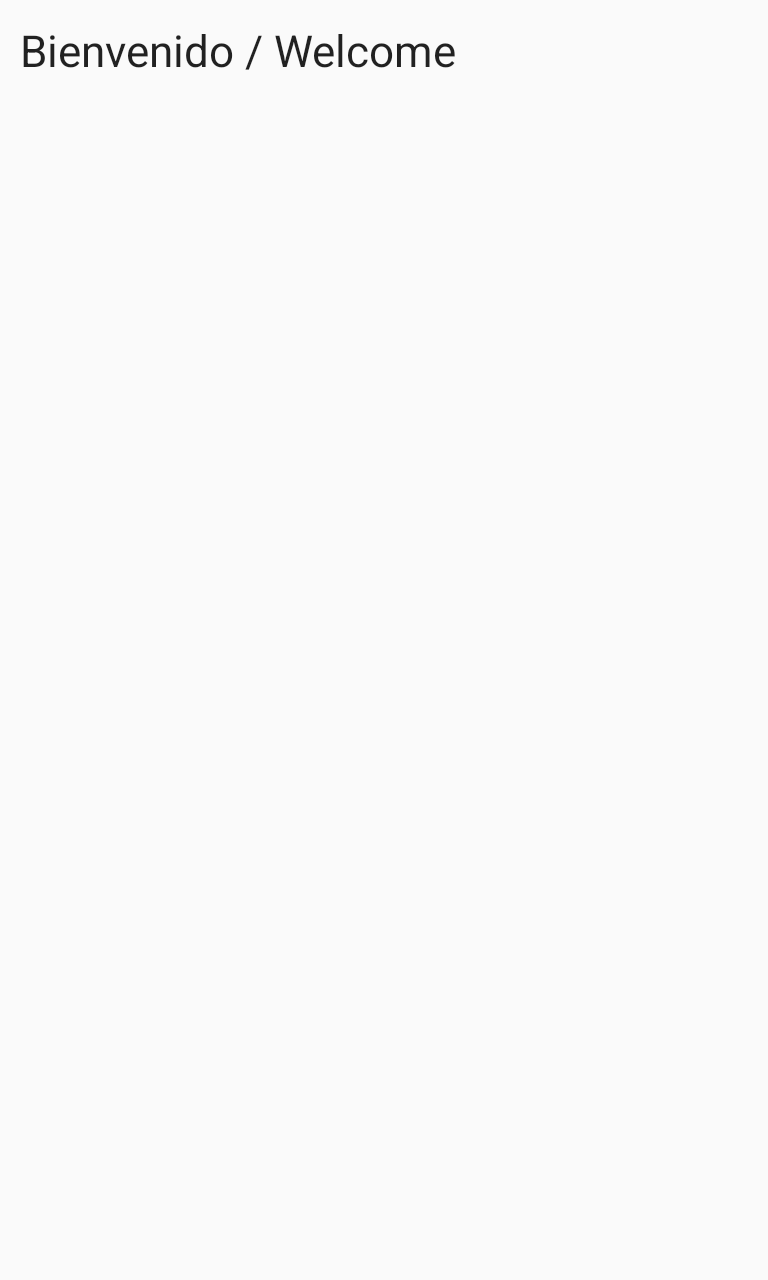
Repository: arodriguezp2003/aqandroid
Layout: Prueba/res/layout/alerta_exitosa.xml
An editor plug-in stored every save of this project. The layout is shown before and after the next save, followed by the edit.
It is drawn on a 768 x 1280 px phone screen (xhdpi) without system bars, with theme AppTheme; the app's code is not run.

Above is the layout before, as saved 2014-07-09 19:04:14.

After the next save:
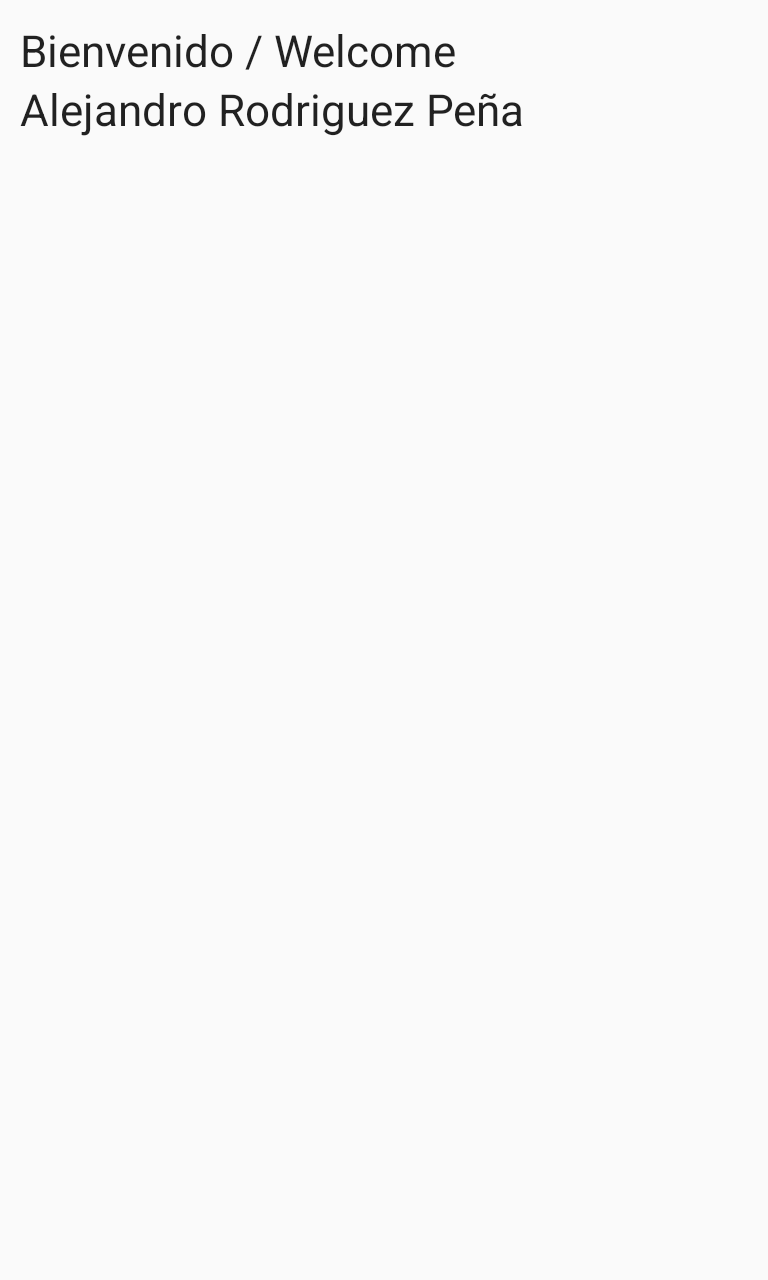
Saved 36 s later.
--- a/Prueba/res/layout/alerta_exitosa.xml
+++ b/Prueba/res/layout/alerta_exitosa.xml
@@ -12,4 +12,11 @@
         android:text="Bienvenido / Welcome"
         android:textAppearance="?android:attr/textAppearanceLarge" />
 
+    <TextView
+        android:id="@+id/textView2"
+        android:layout_width="wrap_content"
+        android:layout_height="wrap_content"
+        android:text="Alejandro Rodriguez Peña"
+        android:textAppearance="?android:attr/textAppearanceLarge" />
+
 </LinearLayout>
